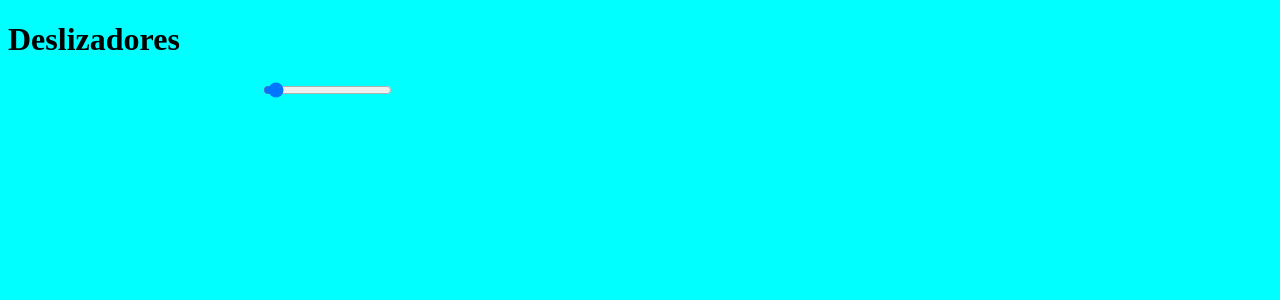
Repository: Kevin8548/Ejercicios-DOM
Page: Deslizador.html
The author's editor kept a copy of each file at every save. The page is drawn from the files as they stood at one save, then again after the next save.
The browser window is 1280 px wide. The pictures show the whole page.

Above is the page before, as saved 2024-10-02 13:37:38.

### Deslizador.html
<!DOCTYPE html>
<html lang="en">
<head>
    <meta charset="UTF-8">
    <meta name="viewport" content="width=device-width, initial-scale=1.0">
    <title>Delizador</title>
    <link rel="stylesheet" href="./deslizadores.css">
</head>
<body>
    <H1>Deslizadores</H1>
    <div class="parent">
        <div class="div1">
            <input type="range" id="slider" min="0" max="1000" value="50" step="1">
            </div>
        <div class="div2"> </div>
        </div>
</body>
</html>

### deslizadores.css
.parent {
    display: grid;
    grid-template-columns: repeat(5, 1fr);
    grid-template-rows: repeat(5, 1fr);
    grid-column-gap: 0px;
    grid-row-gap: 0px;
    }

    .div1 { grid-area: 1 / 2 / 2 / 5; }
    .div2 { grid-area: 3 / 3 / 4 / 4; }

body{
    background-color: aqua;
}

h1{
    align-items: center;
}

After the next save:
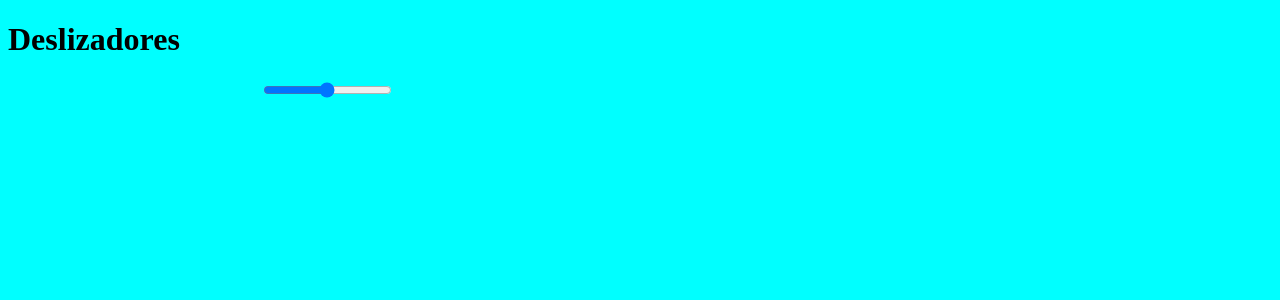
Saved 16 s later.
--- a/Deslizador.html
+++ b/Deslizador.html
@@ -10,7 +10,7 @@
     <H1>Deslizadores</H1>
     <div class="parent">
         <div class="div1">
-            <input type="range" id="slider" min="0" max="1000" value="50" step="1">
+            <input type="range" id="slider" min="0" max="100" value="50" step="1">
             </div>
         <div class="div2"> </div>
         </div>
